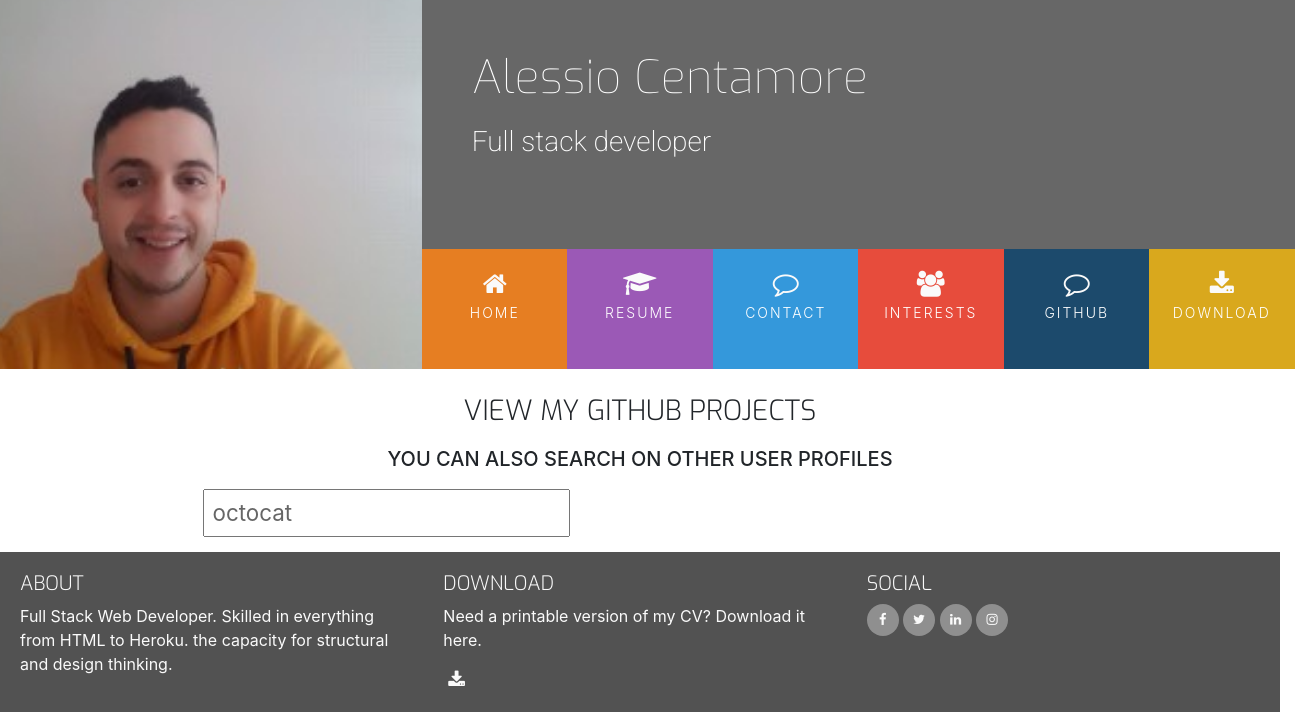
Repository: Baal89/Resume
Page: github.html
The author's editor kept a record of every edit. The page is drawn from the files as they stood at one moment, then again after the next edit.
The browser window is 1280 px wide. The page is 1295 px wide, so the pictures cover 1295 px, including what lies to the right of the window. The pictures show the whole page.
The page's requests for data from a server got no answer.

Above is the page before.

### github.html
<!DOCTYPE html>
<html lang="en">

<head>
    <meta charset="UTF-8">
    <meta name="viewport" content="width=device-width, initial-scale=1.0">
    <meta http-equiv="X-UA-Compatible" content="ie=edge">
    <link rel="stylesheet" href="https://stackpath.bootstrapcdn.com/bootstrap/4.4.1/css/bootstrap.min.css" integrity="sha384-Vkoo8x4CGsO3+Hhxv8T/Q5PaXtkKtu6ug5TOeNV6gBiFeWPGFN9MuhOf23Q9Ifjh" crossorigin="anonymous">
    <link href="https://stackpath.bootstrapcdn.com/font-awesome/4.7.0/css/font-awesome.min.css" rel="stylesheet" integrity="sha384-wvfXpqpZZVQGK6TAh5PVlGOfQNHSoD2xbE+QkPxCAFlNEevoEH3Sl0sibVcOQVnN" crossorigin="anonymous">
    <link rel="stylesheet" href="https://cdnjs.cloudflare.com/ajax/libs/hover.css/2.3.1/css/hover-min.css" type="text/css" />
    <link rel="stylesheet" href="assets/css/style.css" type="text/css" />
    <title>Alessio</title>
</head>

<body>

    <header>
        <div class="row">
            <a href="index.html" class="col-md-4 logo px-0">

            </a>
            <div class="col-md-8">
                <div class="row bg-color-name-title">
                    <div class="col heading px-0">
                        <h1 class="name">Alessio Centamore</h1>
                        <h2 class="title">Full stack developer</h2>
                    </div>
                </div>
                <div class="row">
                    <div class="col px-0">
                        <ul id="nav" class="list-inline menu-container">
                            <li class="col-6 col-sm-2 ui-menu-color-home list-inline-item menuitem">
                                <a href="index.html" class="hvr-sweep-to-bottom"><i class="fa fa-home" aria-hidden="true"></i><span>Home</span></a>
                            </li>
                            <li class="col-6 col-sm-2 ui-menu-color-resume list-inline-item menuitem">
                                <a href="resume.html" class="hvr-sweep-to-bottom"><i class="fa fa-graduation-cap" aria-hidden="true"></i><span>Resume</span></a>
                            </li>
                            <li class="col-6 col-sm-2 ui-menu-color-contact list-inline-item menuitem">
                                <a href="contact.html" class="hvr-sweep-to-bottom"><i class="fa fa-comment-o" aria-hidden="true"></i><span>Contact</span></a>
                            </li>
                            <li class="col-6 col-sm-2 ui-menu-color-interests list-inline-item menuitem">
                                <a href="interests.html" class="hvr-sweep-to-bottom"><i class="fa fa-users" aria-hidden="true"></i><span>Interests</span></a>
                            </li>
                            <li class="col-6 col-sm-2 ui-menu-color-github list-inline-item menuitem">
                                <a href="github.html" class="hvr-sweep-to-bottom"><i class="fa fa-comment-o" aria-hidden="true"></i><span>GitHub</span></a>
                            </li>
                            <li class="col-6 col-sm-2 ui-menu-color-download list-inline-item menuitem">
                                <a href="assets/cv/Alessio-Centamore-C.V.pdf" target="_blank" class="hvr-sweep-to-bottom"><i class="fa fa-download" aria-hidden="true"></i><span>Download</span></a>
                            </li>
                        </ul>
                    </div>
                </div>
            </div>
        </div>
    </header>

     <section class="container-fluid">
        <div class="row bg-color-contact">
            <div class="col">
                <h3 class="contact-heading uppercase text-center">View My GitHub Projects</h3>
                <h5 class="uppercase text-center">You can also search on other user profiles</h5>

                <div class="center-form">
                    <input type="text" id="gh-username" value="octocat" oninput="fetchGitHubInformation()" />
                    <div id="gh-user-data"></div>
                    <div id="gh-repo-data"></div>

                </div>

            </div>
        </div>

    </section>

    <footer class="container-fluid" id="footer-details">
        <div class="row">
            <div class="col-sm-4">
                <h5 class="uppercase general-sub">About</h5>
                <p class="inline-block">Full Stack Web Developer. Skilled in everything from HTML to Heroku. the capacity for structural and design thinking.</p>
            </div>
            <div class="col-sm-4">
                <h5 class="uppercase general-sub">Download</h5>
                <p class="inline-block">Need a printable version of my CV? Download it here.</p>
                <a href="assets/cv/Alessio-Centamore-C.V.pdf" target="_blank" target="_blank" class="cv-pdf">
                    <i class="fa fa-download" aria-hidden="true"></i>
                    <span class="sr-only">Download link.</span>
                </a>
            </div>
            <div class="col-sm-4">
                <h5 class="uppercase general-sub">Social</h5>
                <ul class="list-inline social-links">
                    <li class="list-inline-item">
                        <a target="_blank" href="#">
                            <i class="fa fa-facebook" aria-hidden="true"></i>
                            <span class="sr-only">Facebook</span>
                        </a>
                    </li>
                     <li class="list-inline-item">
                        <a target="_blank" href="#">
                            <i class="fa fa-twitter" aria-hidden="true"></i>
                            <span class="sr-only">Twitter</span>
                        </a>
                    </li>
                     <li class="list-inline-item">
                        <a target="_blank" href="#">
                            <i class="fa fa-linkedin" aria-hidden="true"></i>
                            <span class="sr-only">Linkedin</span>
                        </a>
                    </li>
                     <li class="list-inline-item">
                        <a target="_blank" href="#">
                            <i class="fa fa-instagram" aria-hidden="true"></i>
                            <span class="sr-only">Instagram</span>
                        </a>
                    </li>
                </ul>
            </div>
        </div>
    </footer>

</body>

</html>

### assets/css/style.css
@import url('https://fonts.googleapis.com/css?family=Roboto:100,200,300,400,500,600,700|Exo:100,200,300,400,500,600,700&display=swap');


/*-----------------------------------------------------------------Colors */

.bg-color-name-title {
    background-color: #676767;
}

.bg-color-three-reasons {
    background-color: #ffffff;
}

.bg-color-personal-info {
    background-color: #f4f4f4;
}

.bg-color-skills {
    background-color: #ffffff;
}

.bg-color-work-history {
    background-color: #9b59b6;
}

.bg-color-contact {
    background-color: #ffffff;
}

.bg-color-conferences {
    background-color: #f4f4f4;
}

.bg-color-groups {
    background-color: #ffffff;
}

.ui-menu-color-home {
    background-color: #e67e22;
}

.ui-menu-color-resume {
    background-color: #9b59b6;
}

.ui-menu-color-contact {
    background-color: #3498db;
}

.ui-menu-color-download {
    background-color: #d9a81d;
}


.ui-menu-color-github {
    background-color: #1c4a6c;
}

.ui-menu-color-interests {
    background-color: #e74c3c;
}


/* ---------------------------------------------------------------Special padding/margins/text */

h1,
h2,
h3,
h4 {
    margin: 0;
}

.uppercase {
    text-transform: uppercase;
}

.general-sub {
    font-family: "Exo", sans-serif;
    font-weight: 300;
    color: #fafafa;
}

.inline-block {
    display: inline-block;
}

.row-table {
    display: table;
}

.section-column {
    display: table-cell;
    padding: 0 30px 30px;
    float: none;
}

.section-heading,
.history-heading {
    font-family: "Exo", sans-serif;
    font-weight: 300;
    margin-top: 25px;
    margin-bottom: 40px;
}

/* ---------------------------------------------------------------Heading */

header {
    margin: 0;
}

.heading {
    margin-left: 50px;
}

.logo {
    background-image: url("../img/Alessio.jpg");
    background-position: center;
    background-repeat: no-repeat;
    background-size: cover;
    min-height: 360px;
    transition: all .5s ease-in-out;
    -moz-transition: all .5s ease-in-out;
    -webkit-transition: all .5s ease-in-out;
}

.name {
    font-family: Exo, sans-serif;
    font-weight: 100;
    font-size: 46px;
    margin-top: 50px;
    color: #ffffff;
}

.title {
    font-family: Roboto, sans-serif;
    font-weight: 200;
    font-size: 28px;
    margin-top: 20px;
    margin-bottom: 90px;
    color: #ffffff;
}

.list-inline-item:not(:last-child) {
    margin-right: 0 !important;
}

.menu-container {
    font-size: 0;
}

#nav li {
    font-size: 14px;
    padding: 0;
}

.menuitem {
    height: 120px;
    text-align: center;
    padding: 0;
}

.menuitem a {
    width: 100%;
    text-decoration: none;
    color: #fff;
    height: 120px;
}

.menuitem i {
    padding-top: 22px;
    display: block;
    color: #fafafa;
    font-size: 26px;
}

.menuitem span {
    display: block;
    width: 100%;
    padding-top: 5px;
    text-align: center;
    text-transform: uppercase;
    font-size: 14px;
    font-weight: 300;
    letter-spacing: 2px;
}

#nav {
    margin: 0;
}

/* ---------------------------------------------------------------Hover */

.hvr-sweep-to-bottom:before {
    background-color: rgba(0,0,0, 0.2);
    height: 120px;
}

/* --------------------------------------------------------------Footer */

footer {
    background-color: #525252;
    color: #fafafa;
    min-height: 120px;
    margin: 0;
}

.cv-pdf i {
    font-size: 18px;
    color: #fafafa;
    text-align: center;
    padding-left: 5px;
    transition: all 0.35s ease-in-out;
    -moz-0transition: all 0.35s ease-in-out;
    -webkit-transition: all 0.35s ease-in-out;
    -o-transition: all 0.35s ease-in-out;
}

.cv-pdf i:hover {
    color: #e84610;
}

.social-links {
    padding-bottom: 15px;
}

.social-links li a i {
    width: 32px;
    height: 32px;
    padding: 12px 0;
    border-radius: 50%;
    font-size: 13px;
    line-height: 7px;
    text-align: center;
    color: #fafafa;
    background-color: #8f8f8f;
    transition: all 0.35s ease-in-out;
    -moz-0transition: all 0.35s ease-in-out;
    -webkit-transition: all 0.35s ease-in-out;
    -o-transition: all 0.35s ease-in-out;
}

.social-links li a i:hover {
    background-color: #e84610;
}

#footer-details {
    padding: 20px;
}

/* --------------------------------------------------------------three reasons */


.three-reasons-icon {
    font-size: 26px;
    color: #e67e22;
}

.three-reasons-heading {
    margin: 15px;
}

/* --------------------------------------------------------------Personal info*/

.personal-info-item {
    margin-bottom: 20px;
    display: block;
    clear: both;
}

.personal-info-item .key,
.personal-info-item .value {
    padding-right: 8px;
    display: inline-block;
}

.personal-info-item .key p,
.personal-info-item .value p {
    margin: 0;
}

.personal-info-item .key {
    width: 30%;
    margin-right: 21px;
    padding-top: 2px;
    vertical-align: top;
}

.personal-info-item .key p {
    font-weight: 700;
}

.personal-info-item .value {
    position: relative;
    width: 60%;
}

/* --------------------------------------------------------------skills */

.progress {
    position: relative;
    height: 25px;
    margin-bottom: 4px;
}

.progress-type {
    position: absolute;
    left: 0px;
    font-weight: 400;
    padding: 3px 30px 2px 10px;
    color: #fafafa;
    background-color: rgba(25, 25, 25, 0.2);
}

.progress-section {
    margin: 40px 20px;
}

/* ---------------------------------------------------------------work history */

.history-heading {
    color: #fafafa;
    margin-bottom: 50px;
}

.timeline-item {
    padding: 4em 2em 0em 2em;
    position: relative;
    color: #fafafa;
    border-left: 1px solid;
}

.timeline-item p {
    padding: 0;
    margin: 0;
}

.timeline-item:before {
    content: attr(data-dates);
    position: absolute;
    left: 2.5em;
    top: 3em;
    display: block;
    font-family: "Exo" , sans-serif;
    font-weight: 500;
    font-size: 0.8em;
    padding: 0;
    margin: 0;
}

.timeline-item:after {
    width: 12px;
    height: 12px;
    display: block;
    top: 2.4em;
    position: absolute;
    left: -6px;
    border-radius: 12px;
    content: "";
    background-color: #fafafa;
}

.history-item {
    margin-bottom: 30px;
}

/* ---------------------------------------------------------------Contact form */

.contact-heading {
    font-family: "Exo", sans-serif;
    font-weight: 300;
    margin-top: 25px;
    margin-bottom: 20px;
}

.center-form {
    padding-top: 10px;
    margin: 0 auto;
    max-width: 70%;
}

button[type="submit"] {
    margin-top: 15px;
    margin-bottom: 20px;
    color: #fafafa;
    background-color: #e84619;
}

/* ---------------------------------------------------------------Media Queries */

@media screen and (max-width: 992px) {
    .center-form {
        padding-top: 30px;
        min-height: 240px;
        margin: 0 auto;
        max-width: 50%
    }
}



/* ---------------------------------------------------------------Git Hub */

br {
  display: block;
  line-height: 1.6em;
}



ol,
ul {
  list-style: none;
}

input,
textarea {
  -webkit-font-smoothing: antialiased;
  -webkit-text-size-adjust: 100%;
  -ms-text-size-adjust: 100%;
  -webkit-box-sizing: border-box;
  -moz-box-sizing: border-box;
  box-sizing: border-box;
  outline: none;
}

blockquote,
q {
  quotes: none;
}

blockquote:before,
blockquote:after,
q:before,
q:after {
  content: '';
  content: none;
}

strong,
b {
  font-weight: bold;
}

table {
  border-collapse: collapse;
  border-spacing: 0;
}

img {
  border: 0;
  max-width: 100%;
}



/* page structure */

#search-area {
  display: block;
  max-width: 70%;
  margin: 0 auto;
  background: #fff;
  padding: 15px 25px;
  -webkit-box-shadow: 1px 2px 3px -1px rgba(0, 0, 0, 0.4);
  -moz-box-shadow: 1px 2px 3px -1px rgba(0, 0, 0, 0.4);
  box-shadow: 1px 2px 3px -1px rgba(0, 0, 0, 0.4);
  -webkit-border-radius: 4px;
  -moz-border-radius: 4px;
  border-radius: 4px;
}

#gh-api-data {
  display: block;
  padding: 25px 0;
}

#loader {
  display: block;
  width: 200px;
  height: 200px;
  margin: 0 auto;
}


/* page content styles */

.small-name {
  font-size: 0.75em;
  color: #a9a9a9;
  font-style: italic;
}

.avi {
  float: left;
  margin-right: 7px;
  margin-bottom: 7px;
}

.avi img {
  border: 1px solid #ccc;
  padding: 3px;
}

.repo-list {
  display: block;
  clear: both;
  width: 100%;
}

.repo-list ul {
  font-size: 1.2em;
}

.repo-list ul li {
  display: block;
}

.repo-list ul li a {
  font-weight: bold;
  padding: 6px 9px;
  display: block;
  float: left;
  margin-right: 10px;
  margin-bottom: 10px;
  text-decoration: none;
  border: 1px solid #356492;
  -webkit-border-radius: 3px;
  -moz-border-radius: 3px;
  border-radius: 3px;
  color: #fff;
  background-color: #3673af;
  background-image: -webkit-gradient(linear, left top, left bottom, from(#5597d8), to(#3673af));
  background-image: -webkit-linear-gradient(top, #5597d8, #3673af);
  background-image: -moz-linear-gradient(top, #5597d8, #3673af);
  background-image: -ms-linear-gradient(top, #5597d8, #3673af);
  background-image: -o-linear-gradient(top, #5597d8, #3673af);
  background-image: linear-gradient(top, #5597d8, #3673af);
}

.repo-list ul li a:hover {
  background-color: #396895;
  background-image: -webkit-gradient(linear, left top, left bottom, from(#4b87c2), to(#396895));
  background-image: -webkit-linear-gradient(top, #4b87c2, #396895);
  background-image: -moz-linear-gradient(top, #4b87c2, #396895);
  background-image: -ms-linear-gradient(top, #4b87c2, #396895);
  background-image: -o-linear-gradient(top, #4b87c2, #396895);
  background-image: linear-gradient(top, #4b87c2, #396895);
}

.repo-list ul li a:active {
  -webkit-box-shadow: inset 0 3px 5px rgba(0, 0, 0, 0.25);
  -moz-box-shadow: inset 0 3px 5px rgba(0, 0, 0, 0.25);
  box-shadow: inset 0 3px 5px rgba(0, 0, 0, 0.25);
}

.repo-list ul li a span {
  font-family: "Courier New", Courier, "Lucida Typewriter", monospace;
  font-size: 0.9em;
}

/* input field */

#gh-username {
  display: block;
  padding: 5px 8px;
  font-size: 1.4em;
  color: #666;
  max-width: 550px;
  margin-bottom: 15px;
}

#gh-submit {
  display: inline-block;
  padding: 8px 18px;
  font-size: 14px;
  font-weight: bold;
  color: #444;
  text-decoration: none;
  text-shadow: 0 1px 0 rgba(255, 255, 255, 0.8);
  background-color: #eaeaea;
  background-image: -webkit-linear-gradient(#fafafa, #eaeaea);
  background-image: -moz-linear-gradient(#fafafa, #eaeaea);
  background-image: -ms-linear-gradient(top, #fafafa, #eaeaea);
  background-image: -o-linear-gradient(top, #fafafa, #eaeaea);
  background-image: linear-gradient(#fafafa, #eaeaea);
  border-radius: 3px;
  border: 1px solid #ddd;
  border-bottom-color: #c5c5c5;
  -webkit-box-shadow: 0 1px 3px rgba(0, 0, 0, 0.05);
  -moz-box-shadow: 0 1px 3px rgba(0, 0, 0, 0.05);
  box-shadow: 0 1px 3px rgba(0, 0, 0, 0.05);
}

#gh-submit:hover {
  background-color: #dadada;
  background-image: -webkit-linear-gradient(#eaeaea, #dadada);
  background-image: -moz-linear-gradient(#eaeaea, #dadada);
  background-image: -ms-linear-gradient(top, #eaeaea, #dadada);
  background-image: -o-linear-gradient(top, #eaeaea, #dadada);
  background-image: linear-gradient(#eaeaea, #dadada);
  border-color: #ccc #ccc #b5b5b5;
}

#gh-submit:active {
  background-color: #dadada;
  background-image: none;
  border-color: #b5b5b5;
  -webkit-box-shadow: inset 0 3px 5px rgba(0, 0, 0, 0.25);
  -moz-box-shadow: inset 0 3px 5px rgba(0, 0, 0, 0.25);
  box-shadow: inset 0 3px 5px rgba(0, 0, 0, 0.25);
}

### assets/js/github-information.js
function userInformationHTML(user) {
    return `
        <h2>${user.name}
            <span class="small-name">
                (@<a href="${user.html_url}" target="_blank">${user.login}</a>)
            </span>
        </h2>
        <div class="gh-content">
            <div class="gh-avatar">
                <a href="${user.html_url}" target="_blank">
                    <img src="${user.avatar_url}" width="80" height="80" alt="${user.login}" />
                </a>
            </div>
            <p>Followers: ${user.followers} - Following ${user.following} <br> Repos: ${user.public_repos}</p>
        </div>`;
}

function repoInformationHTML(repos) {
    if (repos.length == 0) {
        return `<div class="clearfix repo-list">No repos!</div>`;
    }

    var listItemsHTML = repos.map(function(repo) {
        return `<li>
                    <a href="${repo.html_url}" target="_blank">${repo.name}</a>
                </li>`;
    });

    return `<div class="clearfix repo-list">
                <p>
                    <strong>Repo List:</strong>
                </p>
                <ul>
                    ${listItemsHTML.join("\n")}
                </ul>
            </div>`;
}

function fetchGitHubInformation(event) {
    $("#gh-user-data").html("");
    $("#gh-repo-data").html("");

    var username = $("#gh-username").val();
    if (!username) {
        $("#gh-user-data").html(`<h2>Please enter a GitHub username</h2>`);
        return;
    }

    $("#gh-user-data").html(
        `<div id="loader">
            <img src="assets/css/loader.gif" alt="loading..." />
        </div>`);

    $.when(
        $.getJSON(`https://api.github.com/users/${username}`),
        $.getJSON(`https://api.github.com/users/${username}/repos`)
    ).then(
        function(firstResponse, secondResponse) {
            var userData = firstResponse[0];
            var repoData = secondResponse[0];
            $("#gh-user-data").html(userInformationHTML(userData));
            $("#gh-repo-data").html(repoInformationHTML(repoData));
        },
        function(errorResponse) {
            if (errorResponse.status === 404) {
                $("#gh-user-data").html(
                    `<h2>No info found for user ${username}</h2>`);
            } else if(errorResponse.status===403) {
                var resetTime = new Date(errorResponse.getResponseHeader('x-RateLimit-Reset')*1000);
                $("#gh-user-data").html(`<h4>Too many request, please wait until ${resetTime.toLocaleTimeString()}</h4>`);
            }else {
                console.log(errorResponse);
                $("#gh-user-data").html(
                    `<h2>Error: ${errorResponse.responseJSON.message}</h2>`);
            }
        });
}

$(document).ready(fetchGitHubInformation);

After the next edit:
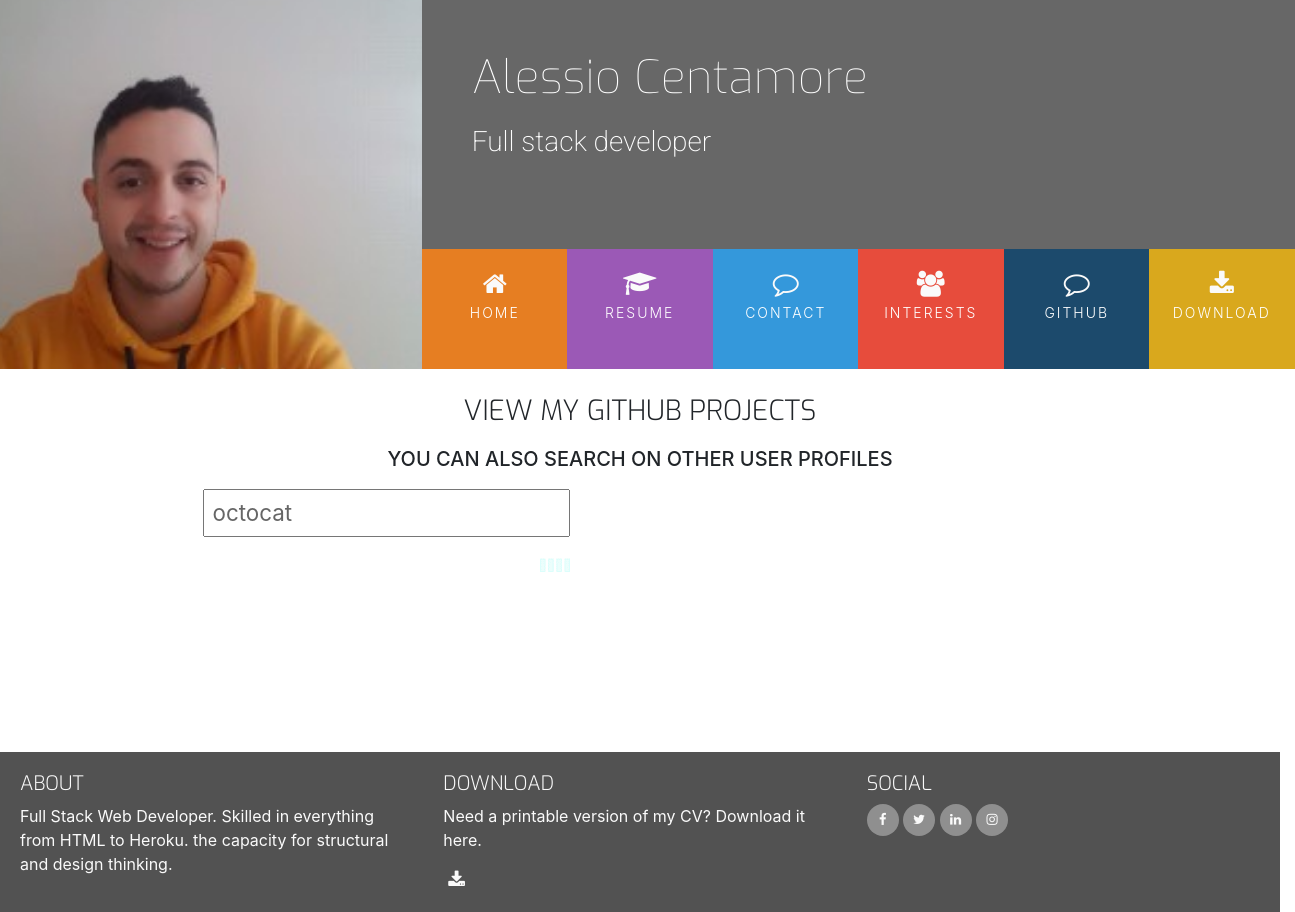
The edit:
--- a/github.html
+++ b/github.html
@@ -9,6 +9,9 @@
     <link href="https://stackpath.bootstrapcdn.com/font-awesome/4.7.0/css/font-awesome.min.css" rel="stylesheet" integrity="sha384-wvfXpqpZZVQGK6TAh5PVlGOfQNHSoD2xbE+QkPxCAFlNEevoEH3Sl0sibVcOQVnN" crossorigin="anonymous">
     <link rel="stylesheet" href="https://cdnjs.cloudflare.com/ajax/libs/hover.css/2.3.1/css/hover-min.css" type="text/css" />
     <link rel="stylesheet" href="assets/css/style.css" type="text/css" />
+
+    <script type="text/javascript" src="https://cdnjs.cloudflare.com/ajax/libs/jquery/3.4.1/jquery.min.js"></script>
+    <script type="text/javascript" src="assets/js/github-information.js"></script>
     <title>Alessio</title>
 </head>
 
